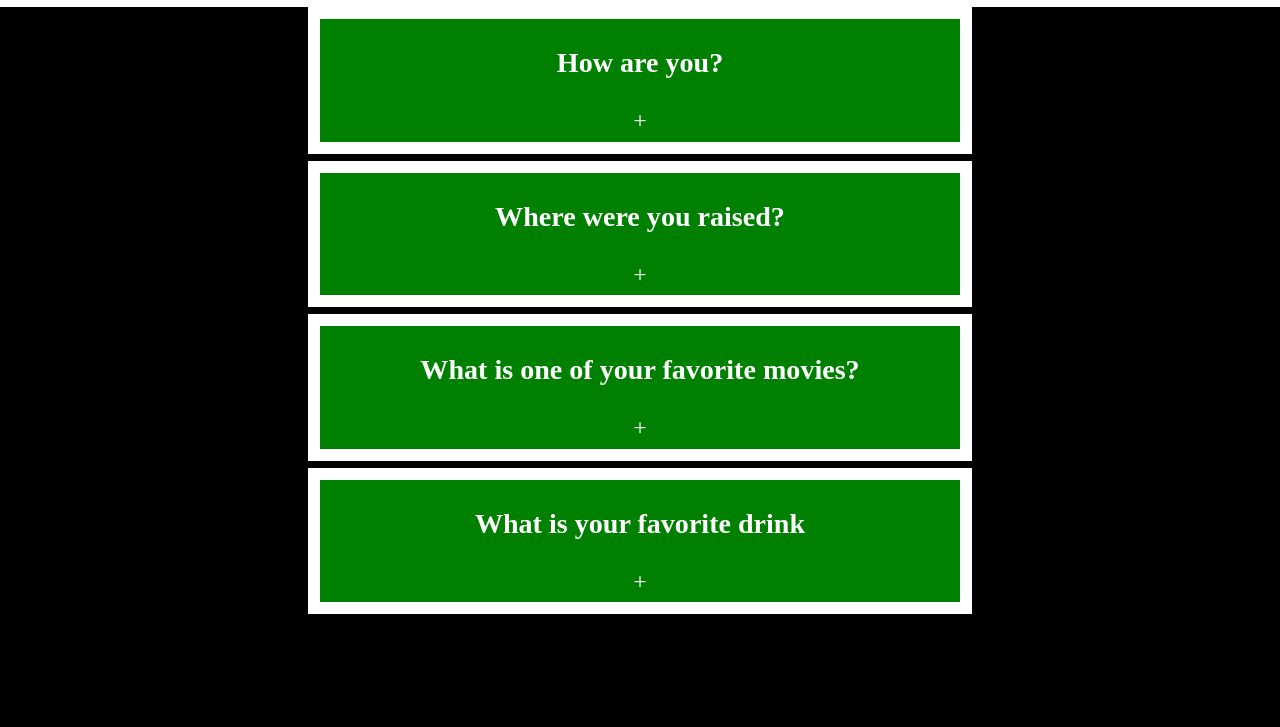
Repository: kosenijr/react-projects
Page: / (app in accordion/)
An editor plug-in stored every save of this project. The page is shown before and after the next save, followed by the edit.
The browser window is 1280 px wide. The pictures show the whole page.
The project was rebuilt for these pictures with package versions that can differ from the ones it lists, and the page was loaded fresh each time.

Above is the page before, as saved 2024-03-02 22:45:42.

After the next save:
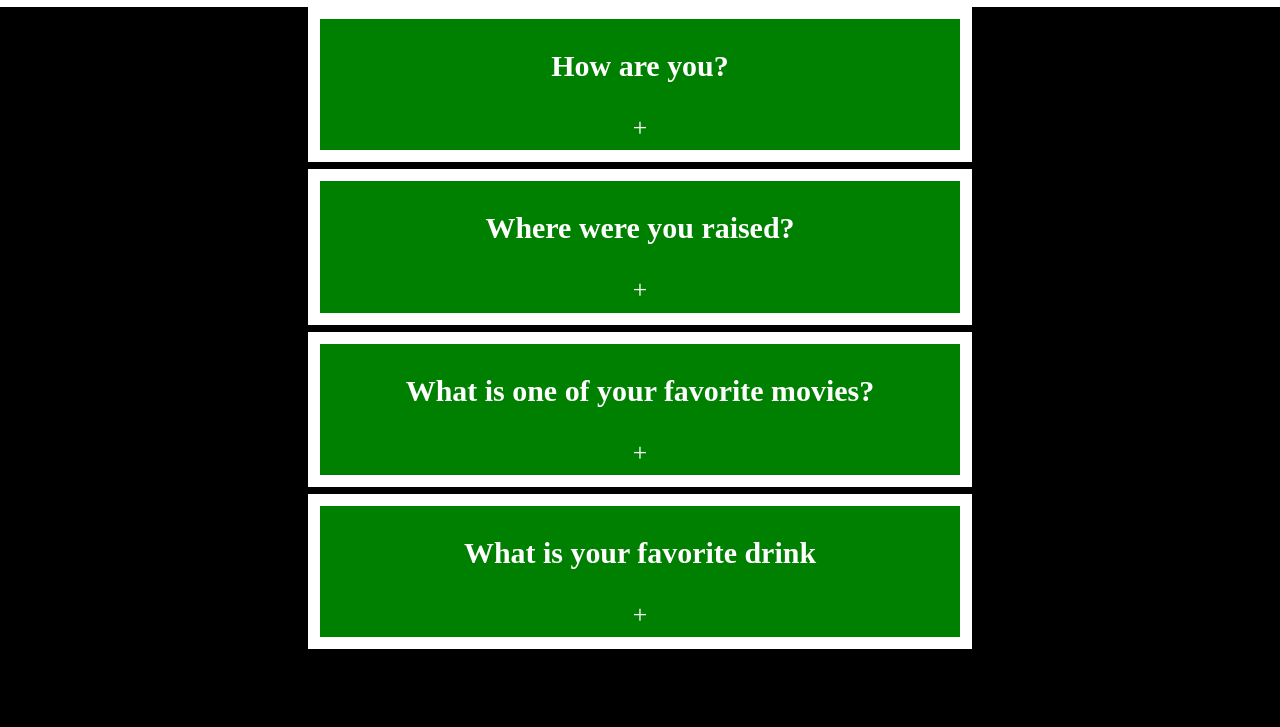
Saved 44 s later.
--- a/accordion/src/styles/Accordion.css
+++ b/accordion/src/styles/Accordion.css
@@ -9,7 +9,7 @@
 
 .item {
   background-color: green;
-  font-size: 1.5em;
+  font-size: 1.6em;
   font-family: "Raleway", "Times New Roman";
   margin: 1vh auto;
   padding-bottom: 1vh;
